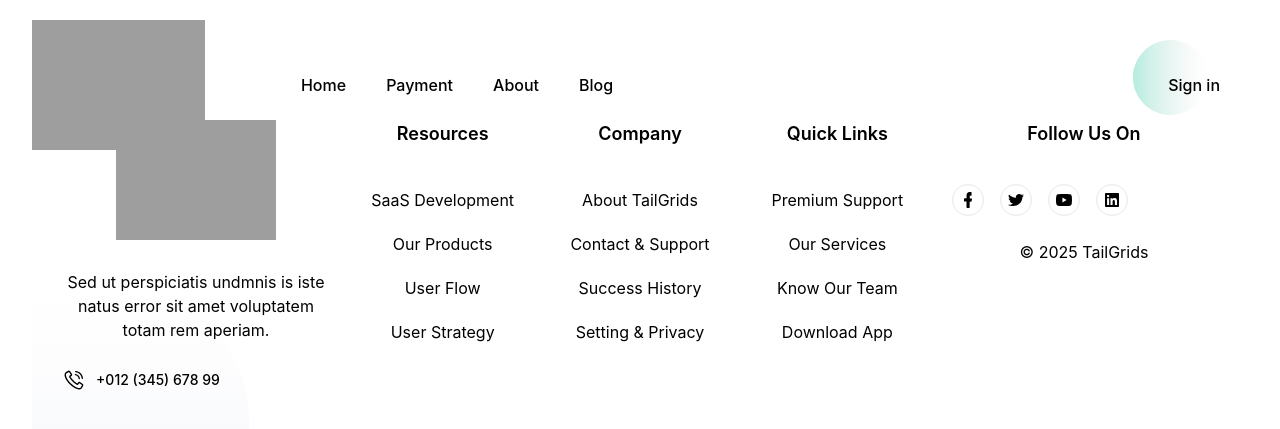
Repository: sayanroychaudhuri/React-One-Page-Ecommerce-Product-List
Page: /
An editor plug-in stored every save of this project. The page is shown before and after the next save, followed by the edit.
The browser window is 1280 px wide. The pictures show the whole page.
Pictures or frames that could not be fetched are drawn as grey boxes. The page's requests for data from a server got no answer. The project was rebuilt for these pictures with package versions that can differ from the ones it lists, and the page was loaded fresh each time. No one was signed in, and anything a server would have sent is missing.

Above is the page before, as saved 2024-02-01 19:11:15.

### src/App.js
import './App.css';
import Home from './components/products/Home';

function App() {
  return (
    <div className="App">
      <div className='container'><Home /></div>
    </div>
  );
}

export default App;

### src/components/products/Home.js
import React,{ Suspense, lazy,useEffect,useState } from 'react'
import Header from './Header';
import Footer from './Footer';
import axios from 'axios';

const delayForDemo = (promise) =>{
    return new Promise(resolve => {
      setTimeout(resolve, 1000);
    }).then(() => promise);
  }



function Home() {
    const [products,setProducts] = useState([])
  const [pagination,setPagination] = useState({skip:0,total:0,currentPage:1})
  const getProductList = ()=>{
    axios.get(`https://dummyjson.com/products?limit=8&skip=${pagination.skip}`)
    .then(function (response) {
      // handle success
      let products = response.data.products;
      setProducts(products);
      setPagination({...pagination,total: Math.ceil(response.data.total/8)})
    })
    .catch(function (error) {
      // handle error
      console.log(error);
    })
}
const _changePage = (page)=>{
    setPagination({...pagination,currentPage: page,skip: ((8*page)-8)})
  }

  useEffect(() => {
    setProducts([])
    getProductList()
  }, [pagination.currentPage])
  const ProductList = lazy(() => import('./ProductList.js'));
  return (
    <React.Fragment>
      <Header />
      {products.length> 0 &&
      <Suspense fallback={'<div>Loading</div>'}>
          <ProductList products={products} pagination={pagination} _changePagination={_changePage} />
        </Suspense>}
     <Footer />
  </React.Fragment>
  )
}

export default Home

### src/components/products/Header.js
import React, { useState } from "react";

const Header = () => {
  return (
    <>
      <Navbar />
    </>
  );
};

export default Header;

const Navbar = () => {
  const [open, setOpen] = useState(false);

  return (
    <header className={`absolute left-0 top-0 z-20 flex w-full items-center`}>
      <div className="container">
        <div className="relative -mx-4 flex items-center justify-between">
          <div className="w-60 max-w-full px-4">
            <a href="/#" className="block w-full py-5">
              <img
                src="https://cdn.tailgrids.com/2.0/image/assets/images/logo/logo.svg"
                alt="logo"
                className="w-full dark:hidden"
              />
              <img
                src="https://cdn.tailgrids.com/2.0/image/assets/images/logo/logo-white.svg"
                alt="logo"
                className="w-full hidden dark:block"
              />
            </a>
          </div>
          <div className="flex w-full items-center justify-between px-4">
            <div>
              <button
                onClick={() => setOpen(!open)}
                id="navbarToggler"
                className={` ${
                  open && "navbarTogglerActive"
                } absolute right-4 top-1/2 block -translate-y-1/2 rounded-lg px-3 py-[6px] ring-primary focus:ring-2 lg:hidden`}
              >
                <span className="relative my-[6px] block h-[2px] w-[30px] bg-body-color dark:bg-white"></span>
                <span className="relative my-[6px] block h-[2px] w-[30px] bg-body-color dark:bg-white"></span>
                <span className="relative my-[6px] block h-[2px] w-[30px] bg-body-color dark:bg-white"></span>
              </button>
              <nav
                id="navbarCollapse"
                className={`absolute right-4 top-full w-full max-w-[250px] rounded-lg bg-white px-6 py-5 shadow dark:bg-dark-2 lg:static lg:block lg:w-full lg:max-w-full lg:bg-transparent lg:shadow-none lg:dark:bg-transparent ${
                  !open && "hidden"
                } `}
              >
                <ul className="block lg:flex">
                  <ListItem NavLink="/#">Home</ListItem>
                  <ListItem NavLink="/#">Payment</ListItem>
                  <ListItem NavLink="/#">About</ListItem>
                  <ListItem NavLink="/#">Blog</ListItem>
                </ul>
              </nav>
            </div>
            <div className="hidden justify-end pr-16 sm:flex lg:pr-0">
              <a
                href="/#"
                className="px-7 py-3 text-base font-medium text-dark hover:text-primary dark:text-white"
              >
                Sign in
              </a>
            </div>
          </div>
        </div>
      </div>
    </header>
  );
};

const ListItem = ({ children, NavLink }) => {
  return (
    <>
      <li>
        <a
          href={NavLink}
          className="flex py-2 text-base font-medium text-dark hover:text-primary dark:text-white lg:ml-10 lg:inline-flex"
        >
          {children}
        </a>
      </li>
    </>
  );
};

### src/components/products/Footer.js
import React from "react";

const Footer = () => {
  return (
    <>
      <footer className="relative z-10 bg-white pb-10 pt-20 dark:bg-dark lg:pb-20 lg:pt-[120px]">
        <div className="container">
          <div className="-mx-4 flex flex-wrap">
            <div className="w-full px-4 sm:w-2/3 lg:w-3/12">
              <div className="mb-10 w-full">
                <a href="/#" className="mb-6 inline-block max-w-[160px]">
                  <img
                    src="https://cdn.tailgrids.com/2.0/image/assets/images/logo/logo.svg"
                    alt="logo"
                    className="max-w-full dark:hidden"
                  />
                  <img
                    src="https://cdn.tailgrids.com/2.0/image/assets/images/logo/logo-white.svg"
                    alt="logo"
                    className="max-w-full hidden dark:block"
                  />
                </a>
                <p className="mb-7 text-base text-body-color dark:text-dark-6">
                  Sed ut perspiciatis undmnis is iste natus error sit amet
                  voluptatem totam rem aperiam.
                </p>
                <p className="flex items-center text-sm font-medium text-dark dark:text-white">
                  <span className="mr-3 text-primary">
                    <svg
                      width="20"
                      height="20"
                      viewBox="0 0 20 20"
                      fill="none"
                      xmlns="http://www.w3.org/2000/svg"
                    >
                      <g clip-path="url(#clip0_941_15626)">
                        <path
                          d="M15.1875 19.4688C14.3438 19.4688 13.375 19.25 12.3125 18.8438C10.1875 18 7.84377 16.375 5.75002 14.2813C3.65627 12.1875 2.03127 9.84377 1.18752 7.68752C0.250019 5.37502 0.343769 3.46877 1.43752 2.40627C1.46877 2.37502 1.53127 2.34377 1.56252 2.31252L4.18752 0.750025C4.84377 0.375025 5.68752 0.562525 6.12502 1.18752L7.96877 3.93753C8.40627 4.59378 8.21877 5.46877 7.59377 5.90627L6.46877 6.68752C7.28127 8.00002 9.59377 11.2188 13.2813 13.5313L13.9688 12.5313C14.5 11.7813 15.3438 11.5625 16.0313 12.0313L18.7813 13.875C19.4063 14.3125 19.5938 15.1563 19.2188 15.8125L17.6563 18.4375C17.625 18.5 17.5938 18.5313 17.5625 18.5625C17 19.1563 16.1875 19.4688 15.1875 19.4688ZM2.37502 3.46878C1.78127 4.12503 1.81252 5.46877 2.50002 7.18752C3.28127 9.15627 4.78127 11.3125 6.75002 13.2813C8.68752 15.2188 10.875 16.7188 12.8125 17.5C14.5 18.1875 15.8438 18.2188 16.5313 17.625L18.0313 15.0625C18.0313 15.0313 18.0313 15.0313 18.0313 15L15.2813 13.1563C15.2813 13.1563 15.2188 13.1875 15.1563 13.2813L14.4688 14.2813C14.0313 14.9063 13.1875 15.0938 12.5625 14.6875C8.62502 12.25 6.18752 8.84377 5.31252 7.46877C4.90627 6.81252 5.06252 5.96878 5.68752 5.53128L6.81252 4.75002V4.71878L4.96877 1.96877C4.96877 1.93752 4.93752 1.93752 4.90627 1.96877L2.37502 3.46878Z"
                          fill="currentColor"
                        />
                        <path
                          d="M18.3125 8.90633C17.9375 8.90633 17.6563 8.62508 17.625 8.25008C17.375 5.09383 14.7813 2.56258 11.5938 2.34383C11.2188 2.31258 10.9063 2.00008 10.9375 1.59383C10.9688 1.21883 11.2813 0.906333 11.6875 0.937583C15.5625 1.18758 18.7188 4.25008 19.0313 8.12508C19.0625 8.50008 18.7813 8.84383 18.375 8.87508C18.375 8.90633 18.3438 8.90633 18.3125 8.90633Z"
                          fill="currentColor"
                        />
                        <path
                          d="M15.2187 9.18755C14.875 9.18755 14.5625 8.93755 14.5312 8.56255C14.3437 6.87505 13.0312 5.56255 11.3437 5.3438C10.9687 5.31255 10.6875 4.93755 10.7187 4.56255C10.75 4.18755 11.125 3.9063 11.5 3.93755C13.8437 4.2188 15.6562 6.0313 15.9375 8.37505C15.9687 8.75005 15.7187 9.0938 15.3125 9.1563C15.25 9.18755 15.2187 9.18755 15.2187 9.18755Z"
                          fill="currentColor"
                        />
                      </g>
                      <defs>
                        <clipPath id="clip0_941_15626">
                          <rect width="20" height="20" fill="white" />
                        </clipPath>
                      </defs>
                    </svg>
                  </span>
                  <span>+012 (345) 678 99</span>
                </p>
              </div>
            </div>

            <LinkGroup header="Resources">
              <NavLink link="/#" label="SaaS Development" />
              <NavLink link="/#" label="Our Products" />
              <NavLink link="/#" label="User Flow" />
              <NavLink link="/#" label="User Strategy" />
            </LinkGroup>
            <LinkGroup header="Company">
              <NavLink link="/#" label="About TailGrids" />
              <NavLink link="/#" label="Contact & Support" />
              <NavLink link="/#" label="Success History" />
              <NavLink link="/#" label="Setting & Privacy" />
            </LinkGroup>
            <LinkGroup header="Quick Links">
              <NavLink link="/#" label="Premium Support" />
              <NavLink link="/#" label="Our Services" />
              <NavLink link="/#" label="Know Our Team" />
              <NavLink link="/#" label="Download App" />
            </LinkGroup>

            <div className="w-full px-4 sm:w-1/2 lg:w-3/12">
              <div className="mb-10 w-full">
                <h4 className="mb-9 text-lg font-semibold text-dark dark:text-white">
                  Follow Us On
                </h4>
                <div className="mb-6 flex items-center">
                  <a
                    href="javascript:void(0)"
                    className="mr-3 flex h-8 w-8 items-center justify-center rounded-full border border-stroke text-dark hover:border-primary hover:bg-primary hover:text-white dark:border-dark-3 dark:text-white dark:hover:border-primary sm:mr-4 lg:mr-3 xl:mr-4"
                  >
                    <svg
                      width="8"
                      height="16"
                      viewBox="0 0 8 16"
                      className="fill-current"
                    >
                      <path d="M7.43902 6.4H6.19918H5.75639V5.88387V4.28387V3.76774H6.19918H7.12906C7.3726 3.76774 7.57186 3.56129 7.57186 3.25161V0.516129C7.57186 0.232258 7.39474 0 7.12906 0H5.51285C3.76379 0 2.54609 1.44516 2.54609 3.5871V5.83226V6.34839H2.10329H0.597778C0.287819 6.34839 0 6.63226 0 7.04516V8.90323C0 9.26452 0.243539 9.6 0.597778 9.6H2.05902H2.50181V10.1161V15.3032C2.50181 15.6645 2.74535 16 3.09959 16H5.18075C5.31359 16 5.42429 15.9226 5.51285 15.8194C5.60141 15.7161 5.66783 15.5355 5.66783 15.3806V10.1419V9.62581H6.13276H7.12906C7.41688 9.62581 7.63828 9.41935 7.68256 9.10968V9.08387V9.05806L7.99252 7.27742C8.01466 7.09677 7.99252 6.89032 7.85968 6.68387C7.8154 6.55484 7.61614 6.42581 7.43902 6.4Z" />
                    </svg>
                  </a>
                  <a
                    href="javascript:void(0)"
                    className="mr-3 flex h-8 w-8 items-center justify-center rounded-full border border-stroke text-dark hover:border-primary hover:bg-primary hover:text-white dark:border-dark-3 dark:text-white dark:hover:border-primary sm:mr-4 lg:mr-3 xl:mr-4"
                  >
                    <svg
                      width="16"
                      height="12"
                      viewBox="0 0 16 12"
                      className="fill-current"
                    >
                      <path d="M14.2194 2.06654L15.2 0.939335C15.4839 0.634051 15.5613 0.399217 15.5871 0.2818C14.8129 0.704501 14.0903 0.845401 13.6258 0.845401H13.4452L13.3419 0.751468C12.7226 0.258317 11.9484 0 11.1226 0C9.31613 0 7.89677 1.36204 7.89677 2.93542C7.89677 3.02935 7.89677 3.17025 7.92258 3.26419L8 3.73386L7.45806 3.71037C4.15484 3.61644 1.44516 1.03327 1.00645 0.587084C0.283871 1.76125 0.696774 2.88845 1.13548 3.59296L2.0129 4.90802L0.619355 4.20352C0.645161 5.18982 1.05806 5.96477 1.85806 6.52838L2.55484 6.99804L1.85806 7.25636C2.29677 8.45401 3.27742 8.94716 4 9.13503L4.95484 9.36986L4.05161 9.93346C2.60645 10.8728 0.8 10.8024 0 10.7319C1.62581 11.7652 3.56129 12 4.90323 12C5.90968 12 6.65806 11.9061 6.83871 11.8356C14.0645 10.2857 14.4 4.41487 14.4 3.2407V3.07632L14.5548 2.98239C15.4323 2.23092 15.7935 1.8317 16 1.59687C15.9226 1.62035 15.8194 1.66732 15.7161 1.6908L14.2194 2.06654Z" />
                    </svg>
                  </a>
                  <a
                    href="javascript:void(0)"
                    className="mr-3 flex h-8 w-8 items-center justify-center rounded-full border border-stroke text-dark hover:border-primary hover:bg-primary hover:text-white dark:border-dark-3 dark:text-white dark:hover:border-primary sm:mr-4 lg:mr-3 xl:mr-4"
                  >
                    <svg
                      width="16"
                      height="12"
                      viewBox="0 0 16 12"
                      className="fill-current"
                    >
                      <path d="M15.6645 1.88018C15.4839 1.13364 14.9419 0.552995 14.2452 0.359447C13.0065 6.59222e-08 8 0 8 0C8 0 2.99355 6.59222e-08 1.75484 0.359447C1.05806 0.552995 0.516129 1.13364 0.335484 1.88018C0 3.23502 0 6 0 6C0 6 0 8.79263 0.335484 10.1198C0.516129 10.8664 1.05806 11.447 1.75484 11.6406C2.99355 12 8 12 8 12C8 12 13.0065 12 14.2452 11.6406C14.9419 11.447 15.4839 10.8664 15.6645 10.1198C16 8.79263 16 6 16 6C16 6 16 3.23502 15.6645 1.88018ZM6.4 8.57143V3.42857L10.5548 6L6.4 8.57143Z" />
                    </svg>
                  </a>
                  <a
                    href="javascript:void(0)"
                    className="mr-3 flex h-8 w-8 items-center justify-center rounded-full border border-stroke text-dark hover:border-primary hover:bg-primary hover:text-white dark:border-dark-3 dark:text-white dark:hover:border-primary sm:mr-4 lg:mr-3 xl:mr-4"
                  >
                    <svg
                      width="14"
                      height="14"
                      viewBox="0 0 14 14"
                      className="fill-current"
                    >
                      <path d="M13.0214 0H1.02084C0.453707 0 0 0.451613 0 1.01613V12.9839C0 13.5258 0.453707 14 1.02084 14H12.976C13.5432 14 13.9969 13.5484 13.9969 12.9839V0.993548C14.0422 0.451613 13.5885 0 13.0214 0ZM4.15142 11.9H2.08705V5.23871H4.15142V11.9ZM3.10789 4.3129C2.42733 4.3129 1.90557 3.77097 1.90557 3.11613C1.90557 2.46129 2.45002 1.91935 3.10789 1.91935C3.76577 1.91935 4.31022 2.46129 4.31022 3.11613C4.31022 3.77097 3.81114 4.3129 3.10789 4.3129ZM11.9779 11.9H9.9135V8.67097C9.9135 7.90323 9.89082 6.8871 8.82461 6.8871C7.73571 6.8871 7.57691 7.74516 7.57691 8.60323V11.9H5.51254V5.23871H7.53154V6.16452H7.55423C7.84914 5.62258 8.50701 5.08065 9.52785 5.08065C11.6376 5.08065 12.0232 6.43548 12.0232 8.2871V11.9H11.9779Z" />
                    </svg>
                  </a>
                </div>
                <p className="text-base text-body-color dark:text-dark-6">
                  &copy; 2025 TailGrids
                </p>
              </div>
            </div>
          </div>
        </div>
        <div>
          <span className="absolute bottom-0 left-0 z-[-1]">
            <svg
              width={217}
              height={229}
              viewBox="0 0 217 229"
              fill="none"
              xmlns="http://www.w3.org/2000/svg"
            >
              <path
                d="M-64 140.5C-64 62.904 -1.096 1.90666e-05 76.5 1.22829e-05C154.096 5.49924e-06 217 62.904 217 140.5C217 218.096 154.096 281 76.5 281C-1.09598 281 -64 218.096 -64 140.5Z"
                fill="url(#paint0_linear_1179_5)"
              />
              <defs>
                <linearGradient
                  id="paint0_linear_1179_5"
                  x1="76.5"
                  y1={281}
                  x2="76.5"
                  y2="1.22829e-05"
                  gradientUnits="userSpaceOnUse"
                >
                  <stop stopColor="#3056D3" stopOpacity="0.08" />
                  <stop offset={1} stopColor="#C4C4C4" stopOpacity={0} />
                </linearGradient>
              </defs>
            </svg>
          </span>
          <span className="absolute right-10 top-10 z-[-1]">
            <svg
              width={75}
              height={75}
              viewBox="0 0 75 75"
              fill="none"
              xmlns="http://www.w3.org/2000/svg"
            >
              <path
                d="M37.5 -1.63918e-06C58.2107 -2.54447e-06 75 16.7893 75 37.5C75 58.2107 58.2107 75 37.5 75C16.7893 75 -7.33885e-07 58.2107 -1.63918e-06 37.5C-2.54447e-06 16.7893 16.7893 -7.33885e-07 37.5 -1.63918e-06Z"
                fill="url(#paint0_linear_1179_4)"
              />
              <defs>
                <linearGradient
                  id="paint0_linear_1179_4"
                  x1="-1.63917e-06"
                  y1="37.5"
                  x2={75}
                  y2="37.5"
                  gradientUnits="userSpaceOnUse"
                >
                  <stop stopColor="#13C296" stopOpacity="0.31" />
                  <stop offset={1} stopColor="#C4C4C4" stopOpacity={0} />
                </linearGradient>
              </defs>
            </svg>
          </span>
        </div>
      </footer>
    </>
  );
};

export default Footer;

const LinkGroup = ({ children, header }) => {
  return (
    <>
      <div className="w-full px-4 sm:w-1/2 lg:w-2/12">
        <div className="mb-10 w-full">
          <h4 className="mb-9 text-lg font-semibold text-dark dark:text-white">
            {header}
          </h4>
          <ul className="space-y-3">{children}</ul>
        </div>
      </div>
    </>
  );
};

const NavLink = ({ link, label }) => {
  return (
    <li>
      <a
        href={link}
        className="inline-block text-base leading-loose text-body-color hover:text-primary dark:text-dark-6"
      >
        {label}
      </a>
    </li>
  );
};

### tailwind.config.js
/** @type {import('tailwindcss').Config} */
module.exports = {
  content: [
    "./src/**/*.{js,jsx,ts,tsx}",
  ],
  theme: {
    container: {
      center: true,
      padding: '2rem'
    },
  },
  plugins: [],
}

Loaded but not shown: public/index.html (common file); src/index.js (common file); src/index.css (common file); src/reportWebVitals.js (common file); src/App.css (common file)

After the next save:
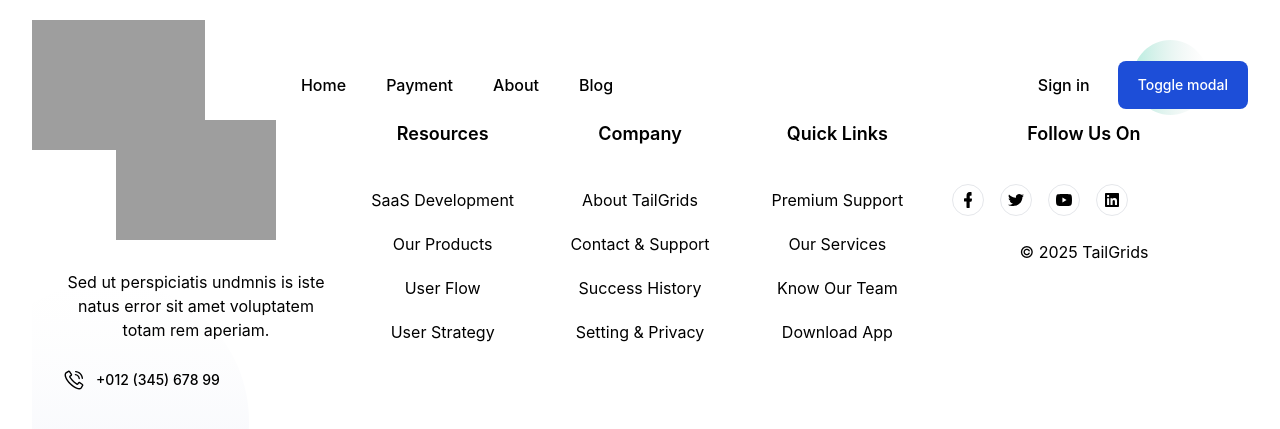
Saved 18 min 39 s later.
--- a/src/components/products/Header.js
+++ b/src/components/products/Header.js
@@ -65,6 +65,51 @@ const Navbar = () => {
               >
                 Sign in
               </a>
+<button data-modal-target="authentication-modal" data-modal-toggle="authentication-modal" class="block text-white bg-blue-700 hover:bg-blue-800 focus:ring-4 focus:outline-none focus:ring-blue-300 font-medium rounded-lg text-sm px-5 py-2.5 text-center dark:bg-blue-600 dark:hover:bg-blue-700 dark:focus:ring-blue-800" type="button">
+  Toggle modal
+</button>
+<div id="authentication-modal" tabindex="-1" aria-hidden="true" class="hidden overflow-y-auto overflow-x-hidden fixed top-0 right-0 left-0 z-50 justify-center items-center w-full md:inset-0 h-[calc(100%-1rem)] max-h-full">
+    <div class="relative p-4 w-full max-w-md max-h-full">
+        <div class="relative bg-white rounded-lg shadow dark:bg-gray-700">
+            <div class="flex items-center justify-between p-4 md:p-5 border-b rounded-t dark:border-gray-600">
+                <h3 class="text-xl font-semibold text-gray-900 dark:text-white">
+                    Sign in to our platform
+                </h3>
+                <button type="button" class="end-2.5 text-gray-400 bg-transparent hover:bg-gray-200 hover:text-gray-900 rounded-lg text-sm w-8 h-8 ms-auto inline-flex justify-center items-center dark:hover:bg-gray-600 dark:hover:text-white" data-modal-hide="authentication-modal">
+                    <svg class="w-3 h-3" aria-hidden="true" xmlns="http://www.w3.org/2000/svg" fill="none" viewBox="0 0 14 14">
+                        <path stroke="currentColor" stroke-linecap="round" stroke-linejoin="round" stroke-width="2" d="m1 1 6 6m0 0 6 6M7 7l6-6M7 7l-6 6"/>
+                    </svg>
+                    <span class="sr-only">Close modal</span>
+                </button>
+            </div>
+            <div class="p-4 md:p-5">
+                <form class="space-y-4" action="#">
+                    <div>
+                        <label for="email" class="block mb-2 text-sm font-medium text-gray-900 dark:text-white">Your email</label>
+                        <input type="email" name="email" id="email" class="bg-gray-50 border border-gray-300 text-gray-900 text-sm rounded-lg focus:ring-blue-500 focus:border-blue-500 block w-full p-2.5 dark:bg-gray-600 dark:border-gray-500 dark:placeholder-gray-400 dark:text-white" placeholder="name@company.com" required />
+                    </div>
+                    <div>
+                        <label for="password" class="block mb-2 text-sm font-medium text-gray-900 dark:text-white">Your password</label>
+                        <input type="password" name="password" id="password" placeholder="••••••••" class="bg-gray-50 border border-gray-300 text-gray-900 text-sm rounded-lg focus:ring-blue-500 focus:border-blue-500 block w-full p-2.5 dark:bg-gray-600 dark:border-gray-500 dark:placeholder-gray-400 dark:text-white" required />
+                    </div>
+                    <div class="flex justify-between">
+                        <div class="flex items-start">
+                            <div class="flex items-center h-5">
+                                <input id="remember" type="checkbox" value="" class="w-4 h-4 border border-gray-300 rounded bg-gray-50 focus:ring-3 focus:ring-blue-300 dark:bg-gray-600 dark:border-gray-500 dark:focus:ring-blue-600 dark:ring-offset-gray-800 dark:focus:ring-offset-gray-800" required />
+                            </div>
+                            <label for="remember" class="ms-2 text-sm font-medium text-gray-900 dark:text-gray-300">Remember me</label>
+                        </div>
+                        <a href="#" class="text-sm text-blue-700 hover:underline dark:text-blue-500">Lost Password?</a>
+                    </div>
+                    <button type="submit" class="w-full text-white bg-blue-700 hover:bg-blue-800 focus:ring-4 focus:outline-none focus:ring-blue-300 font-medium rounded-lg text-sm px-5 py-2.5 text-center dark:bg-blue-600 dark:hover:bg-blue-700 dark:focus:ring-blue-800">Login to your account</button>
+                    <div class="text-sm font-medium text-gray-500 dark:text-gray-300">
+                        Not registered? <a href="#" class="text-blue-700 hover:underline dark:text-blue-500">Create account</a>
+                    </div>
+                </form>
+            </div>
+        </div>
+    </div>
+</div>
             </div>
           </div>
         </div>
